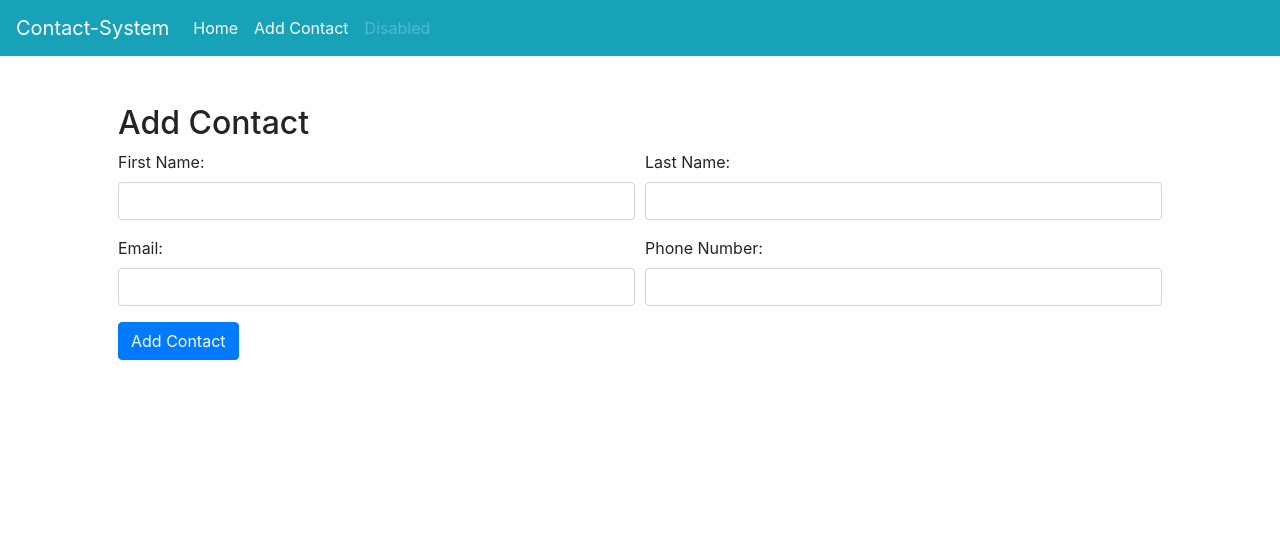
Repository: vivek9099/ContactManage
Page: http://localhost/addemp
An editor plug-in stored every save of this project. The page is shown before and after the next save, followed by the edit.
The browser window is 1280 px wide. The pictures show the whole page.
Some web libraries are served in a nearby version. The page is this project's Thymeleaf template; nobody is signed in. The template is opened directly, without the code that normally fills it, so the values that code supplies are empty.

Above is the page before, as saved 2023-03-28 10:56:21.

After the next save:
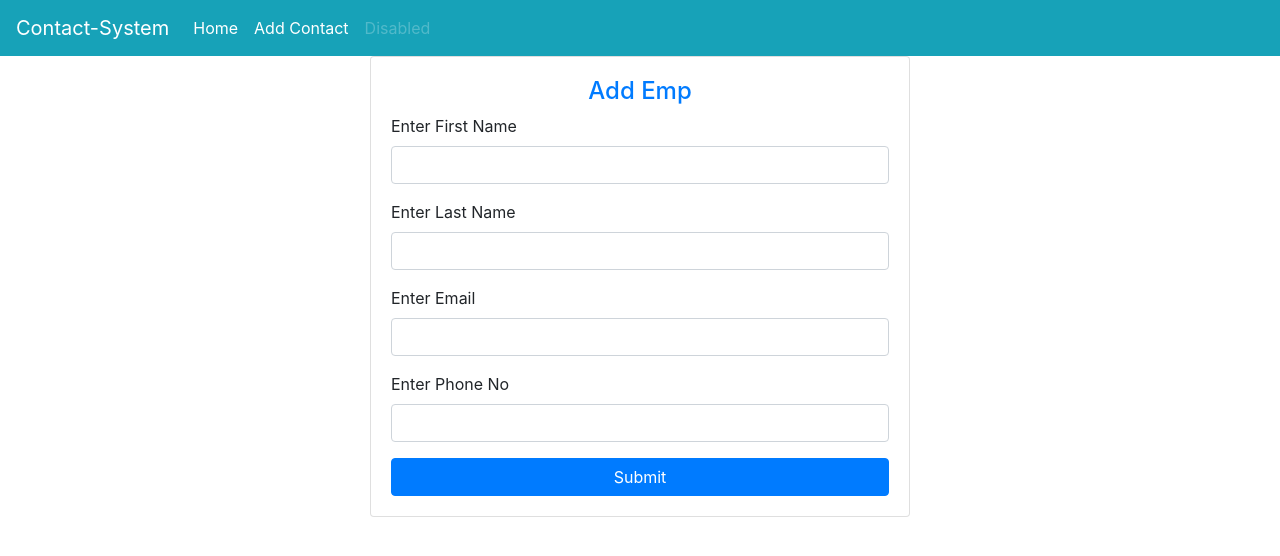
Saved 4 min 55 s later.
--- a/Contact-System/src/main/resources/templates/addemp.html
+++ b/Contact-System/src/main/resources/templates/addemp.html
@@ -35,36 +35,49 @@
   </div>
 </nav>
 <!--form-->
-<div class="container p-5">
-  <form id="add-contact-form ">
-    <h2>Add Contact</h2>
-    <div class="form-row">
-      <div class="form-group col-md-6">
-        <label for="first-name-input">First Name:</label>
-        <input type="text" class="form-control" id="first-name-input" required>
-      </div>
-      <div class="form-group col-md-6">
-        <label for="last-name-input">Last Name:</label>
-        <input type="text" class="form-control" id="last-name-input" required>
-      </div>
-    </div>
-    <div class="form-row">
-      <div class="form-group col-md-6">
-        <label for="email-input">Email:</label>
-        <input type="email" class="form-control" id="email-input" required>
-      </div>
-      <div class="form-group col-md-6">
-        <label for="phone-number-input">Phone Number:</label>
-        <input type="text" class="form-control" id="phone-number-input" required>
-      </div>
-    </div>
-    <button type="submit" class="btn btn-primary">Add Contact</button>
-  </form>
-</div>
+<div class="container">
+		<div class="row">
+			<div class="col-md-6 offset-md-3">
+				<div class="card">
+					<div class="card-body">
+						<h4 class="text-center text-primary">Add Emp</h4>
+
+						<form th:action="@{/register}" method="post">
+
+							<div class="form-group">
+								<label>Enter First Name</label> <input type="text"
+									class="form-control" name="fname">
+							</div>
+
+							<div class="form-group">
+								<label>Enter Last Name</label> <input type="text"
+									class="form-control" name="lname">
+							</div>
+
+							<div class="form-group">
+								<label>Enter Email</label> <input type="email"
+									class="form-control" name="email">
+							</div>
+
+
+							<div class="form-group">
+								<label>Enter Phone No</label> <input type="number"
+									class="form-control" name="phno">
+							</div>
 
 
 
-  </tbody>
+
+							<button class="btn btn-primary btn-block">Submit</button>
+						</form>
+					</div>
+				</div>
+			</div>
+		</div>
+	</div>
+
+
+  </body>
 </table>
 </div>
 
